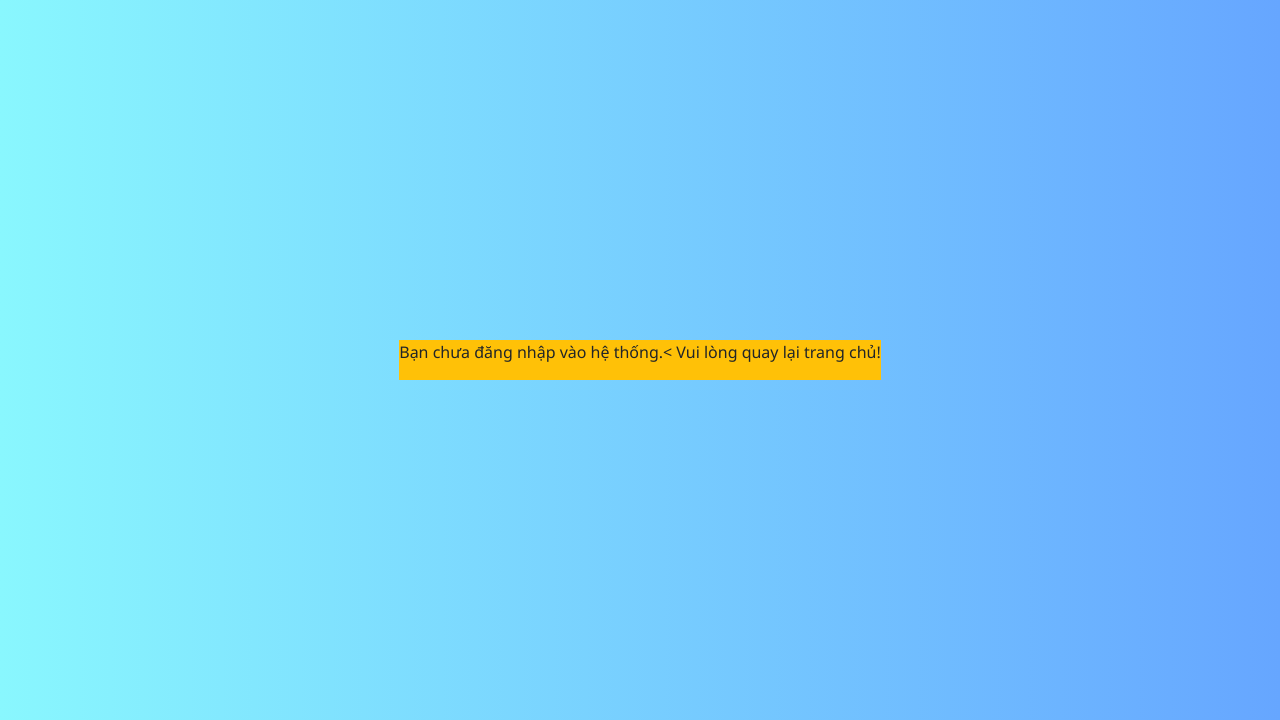
Repository: manhtdxxx/Tour-Booking-Webapp
Page: http://localhost/bookingTour/changepassword.jsp
The author's editor kept a copy of each file at every save. The page is drawn from the files as they stood at one save, then again after the next save.
The browser window is 1280 px wide. The pictures show the whole page.
The page is served by Tomcat 9. Other server files are loaded and not shown.

Above is the page before, as saved 2024-11-11 09:59:19.
Console error: TypeError: Cannot read properties of null (reading 'addEventListener')

### bookingTour/src/main/webapp/changepassword.jsp
<%@page import="model.KhachHang"%>
<%@ page language="java" contentType="text/html; charset=UTF-8" pageEncoding="UTF-8"%>
<!DOCTYPE html>
<html lang="vi">
<head>
<meta charset="UTF-8">
<meta name="viewport" content="width=device-width, initial-scale=1">
<title>Đổi mật khẩu</title>
<link href="https://cdn.jsdelivr.net/npm/bootstrap@5.3.3/dist/css/bootstrap.min.css"
	rel="stylesheet">
<script src="https://cdn.jsdelivr.net/npm/bootstrap@5.3.3/dist/js/bootstrap.bundle.min.js"></script>

<style>
/* Background gradient */
body {
	background: linear-gradient(to right, #89f7fe, #66a6ff);
	font-family: 'Segoe UI', Tahoma, Geneva, Verdana, sans-serif;
}
/* Form container styling */
.form-container {
	max-width: 450px;
	padding: 2.5rem;
	background-color: #ffffff;
	border-radius: 12px;
	box-shadow: 0 8px 24px rgba(0, 0, 0, 0.2);
	margin: 0 1.5rem;
	transition: transform 0.3s ease;
	min-width: 400px;
	position: relative;
}
/* Hover effect on container */
.form-container:hover {
	transform: scale(1.02);
}
/* Header style */
h2 {
	font-weight: bold;
	color: #343a40;
}
/* Labels styling */
.form-label {
	color: #495057;
	font-weight: 600;
}
/* Input fields styling */
.form-control {
	border: 2px solid #ced4da;
	border-radius: 8px;
	padding: 0.5rem;
	transition: border-color 0.3s ease, box-shadow 0.3s ease;
}

.form-control:focus {
	border-color: #66a6ff;
	box-shadow: 0 0 8px rgba(102, 166, 255, 0.3);
}
/* Button styling */
.btn-primary {
	background-color: #66a6ff;
	border-color: #66a6ff;
	padding: 0.6rem;
	font-size: 1.1rem;
	font-weight: 600;
	border-radius: 8px;
	transition: background-color 0.3s, box-shadow 0.3s, transform 0.2s ease;
}

.btn-primary:hover {
	background-color: #0056b3;
	box-shadow: 0 6px 16px rgba(0, 91, 187, 0.4);
	transform: translateY(-2px);
}
</style>
</head>

<body class="d-flex align-items-center justify-content-center vh-100">

	<%
	Object obj = session.getAttribute("khachHang");
	KhachHang khachHang = null;

	if (obj != null) {
		khachHang = (KhachHang) obj;
	}

	if (khachHang == null) {
	%>
	<div class="text-center bg-warning">
		<p>Bạn chưa đăng nhập vào hệ thống.<
		Vui lòng quay lại trang chủ!
	</div>
	<%
	} else {
	String error = (String) request.getAttribute("error");
	error = (error != null) ? error : "";
	%>

	<div class="form-container">
		<h1 class="text-center mb-4">Đổi Mật Khẩu</h1>

		<!-- Error Message -->
		<%
		if (!error.isEmpty()) {
		%>
		<div class="alert alert-danger alert-dismissible fade show">
			<button type="button" class="btn-close" data-bs-dismiss="alert"></button>
			<strong><%=error%></strong>
		</div>
		<%
		}
		%>

		<form action="change-password" method="post">
			<div class="mb-3">
				<label for="currentPassword" class="form-label">Current Password</label> <input type="password"
					class="form-control" id="currentPassword" name="currentPassword"
					placeholder="Nhập mật khẩu hiện tại" required>
			</div>
			<div class="mb-3">
				<label for="newPassword" class="form-label">New Password</label> <input type="password"
					class="form-control" id="newPassword" name="newPassword" placeholder="Nhập mật khẩu mới">
			</div>
			<div class="mb-3">
				<label for="confirmPassword" class="form-label">Confirm Password</label> <input type="password"
					class="form-control" id="confirmPassword" name="confirmPassword"
					placeholder="Xác nhận mật khẩu mới" required>
				<div id="msg" class="text-danger fw-medium mb-3 mt-1"></div>
			</div>
			<button type="submit" class="btn btn-primary w-100">Đổi Mật Khẩu</button>
		</form>
	</div>
	<%
	}
	%>

	<script type="text/javascript">
		document.addEventListener("DOMContentLoaded", confirmPassword); // Run on page load

		function confirmPassword() {
			let pass_1 = document.getElementById("newPassword").value;
			let pass_2 = document.getElementById("confirmPassword").value;
			let msg = document.getElementById("msg");
			let submitBtn = document.querySelector("button[type='submit']");

			if (pass_1 !== pass_2) {
				msg.innerHTML = "Mật khẩu không khớp!";
				submitBtn.disabled = true;
			} else {
				msg.innerHTML = "";
				submitBtn.disabled = false;
			}
		}

		// Event listeners for keyup on both fields
		document.getElementById("newPassword").addEventListener("keyup",
				confirmPassword);
		document.getElementById("confirmPassword").addEventListener("keyup",
				confirmPassword);
	</script>

</body>
</html>

After the next save:
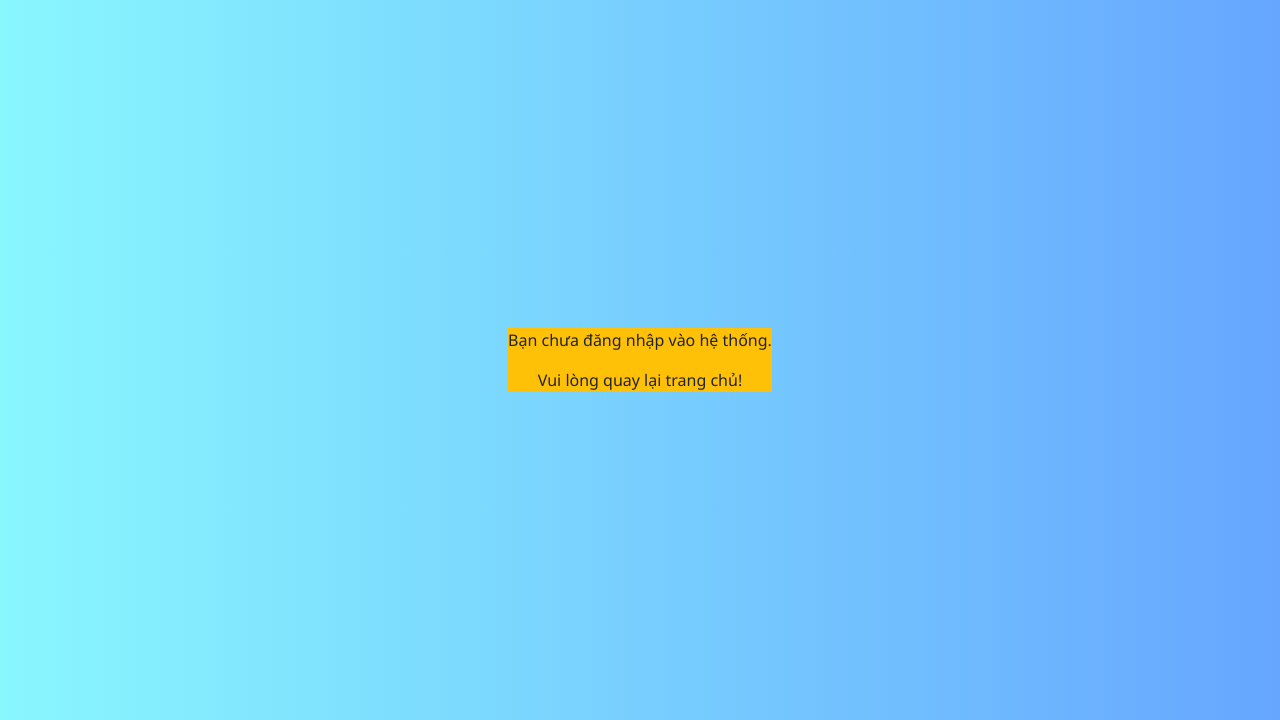
Saved 4 s later.
--- a/bookingTour/src/main/webapp/changepassword.jsp
+++ b/bookingTour/src/main/webapp/changepassword.jsp
@@ -86,7 +86,7 @@ h2 {
 	if (khachHang == null) {
 	%>
 	<div class="text-center bg-warning">
-		<p>Bạn chưa đăng nhập vào hệ thống.<
+		<p>Bạn chưa đăng nhập vào hệ thống.</p>
 		Vui lòng quay lại trang chủ!
 	</div>
 	<%
